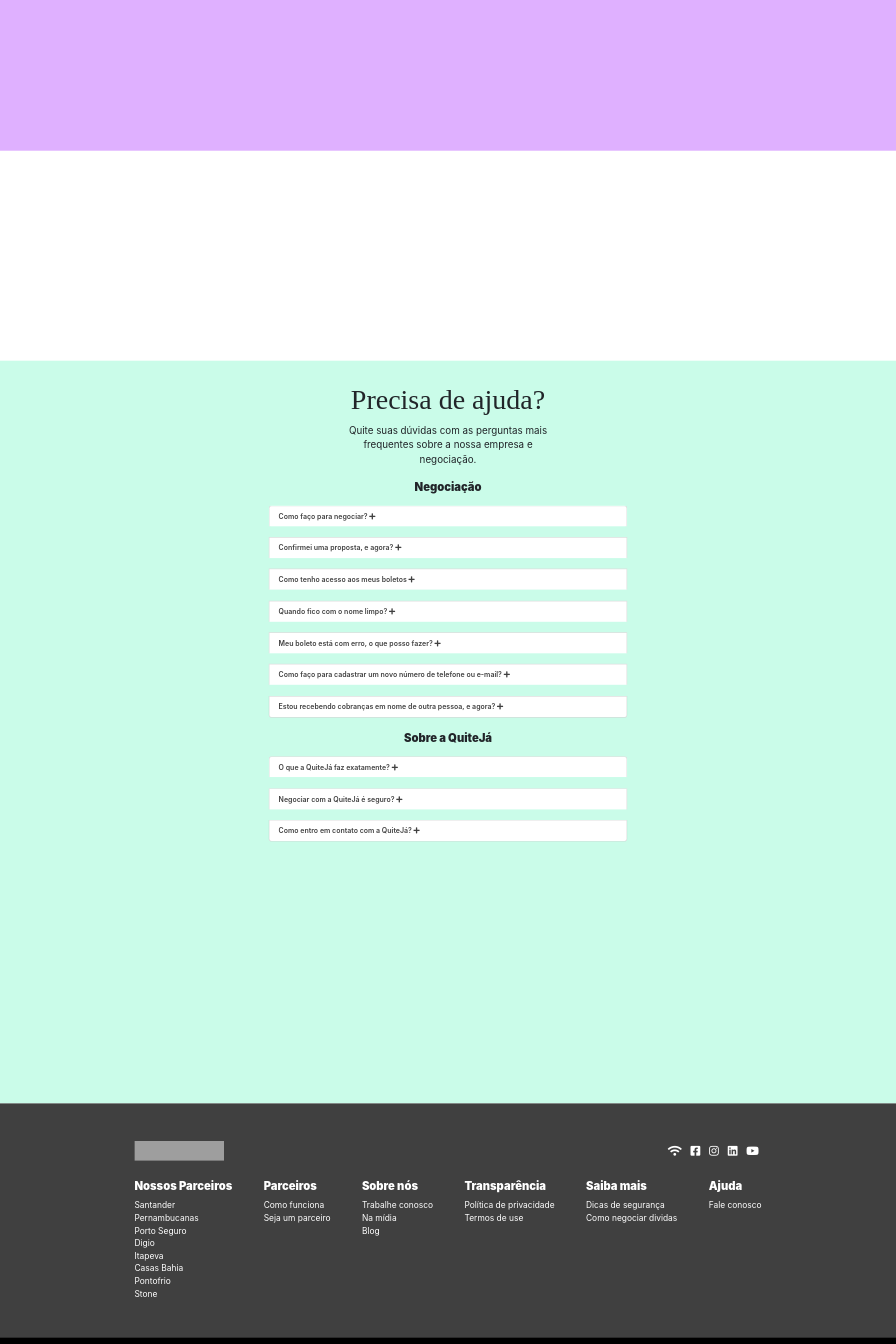
Repository: dasilvaoscar/estudos
Page: Layouts/index.html
The author's editor kept a copy of each file at every save. The page is drawn from the files as they stood at one save, then again after the next save.
The browser window is 1280 px wide. The pictures show the part of the page from y = 3166 to 5086 px (the page is 5111 px tall), at 70% of full size.
Pictures or frames that could not be fetched are drawn as grey boxes. Some web fonts or font styles are not loaded; a fallback is used.

Above is the page before, as saved 2021-01-29 13:31:45.

After the next save:
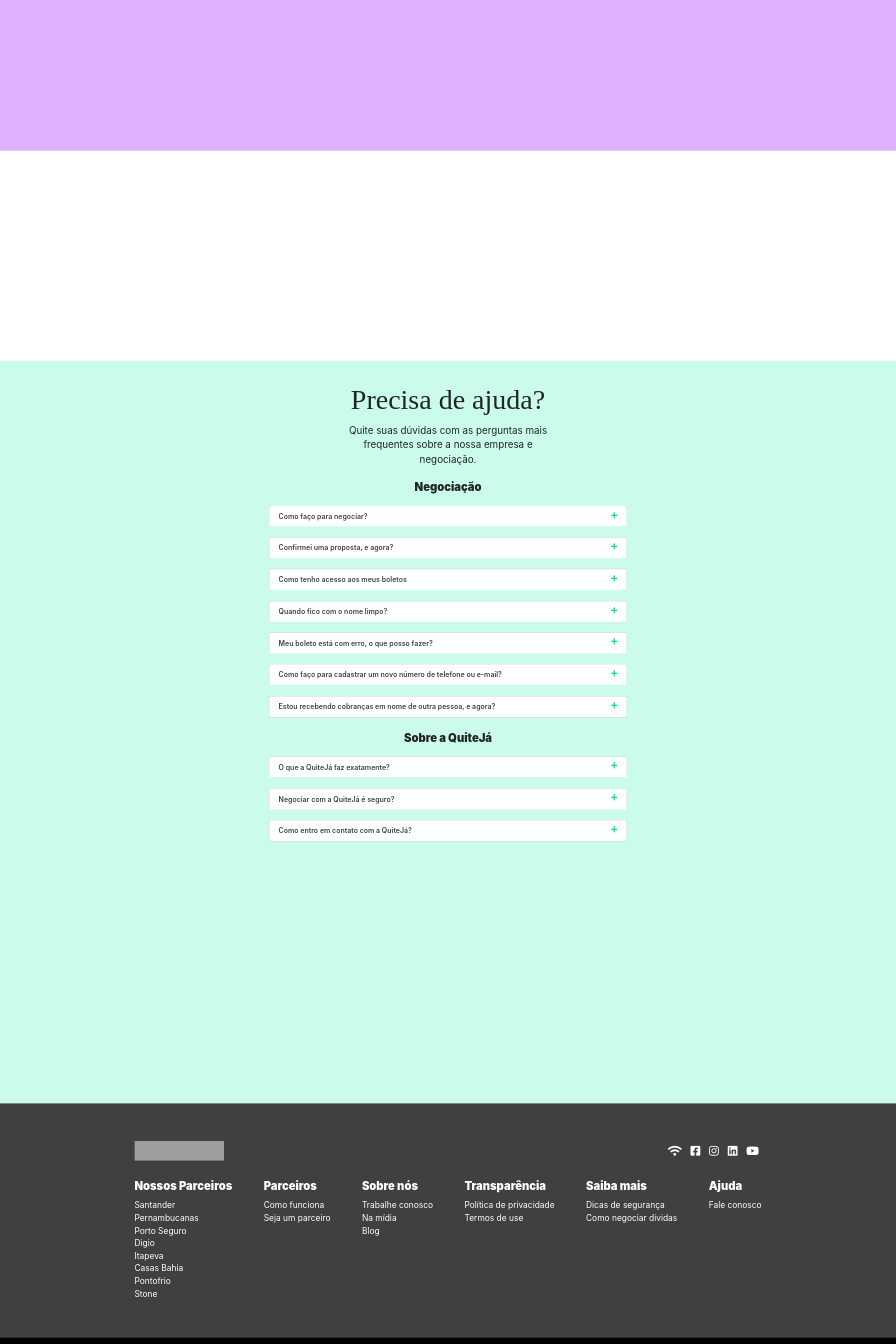
Saved 4 s later.
--- a/Layouts/assets/css/style.css
+++ b/Layouts/assets/css/style.css
@@ -266,7 +266,9 @@
   text-decoration: none;
 }
 
-#headingOne > h2 > button
+#headingOne > h2 > button {
+
+}
 
 .btn-help .fa-plus {
   color: #00E58D;
